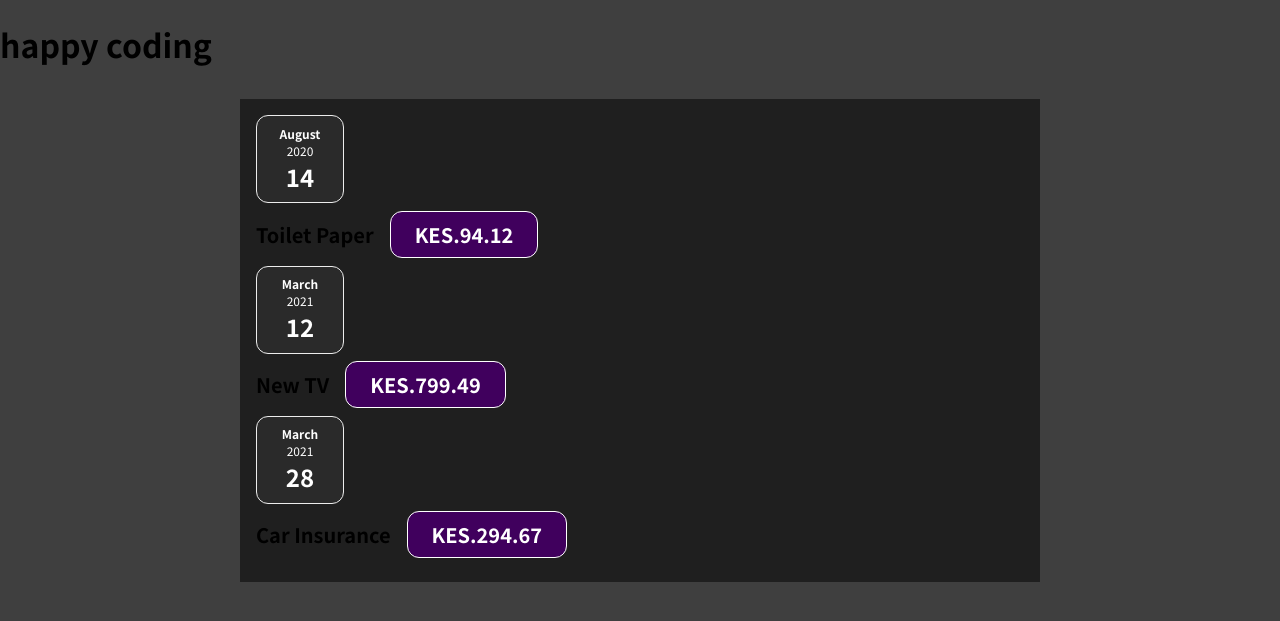
Repository: Samkiroko/expense-tracker-react
Page: /
An editor plug-in stored every save of this project. The page is shown before and after the next save, followed by the edit.
The browser window is 1280 px wide. The pictures show the whole page.
The project was rebuilt for these pictures with package versions that can differ from the ones it lists, and the page was loaded fresh each time. Also part of the build but not shown: src/components/Card.css.

Above is the page before, as saved 2021-06-08 13:26:59.

After the next save:
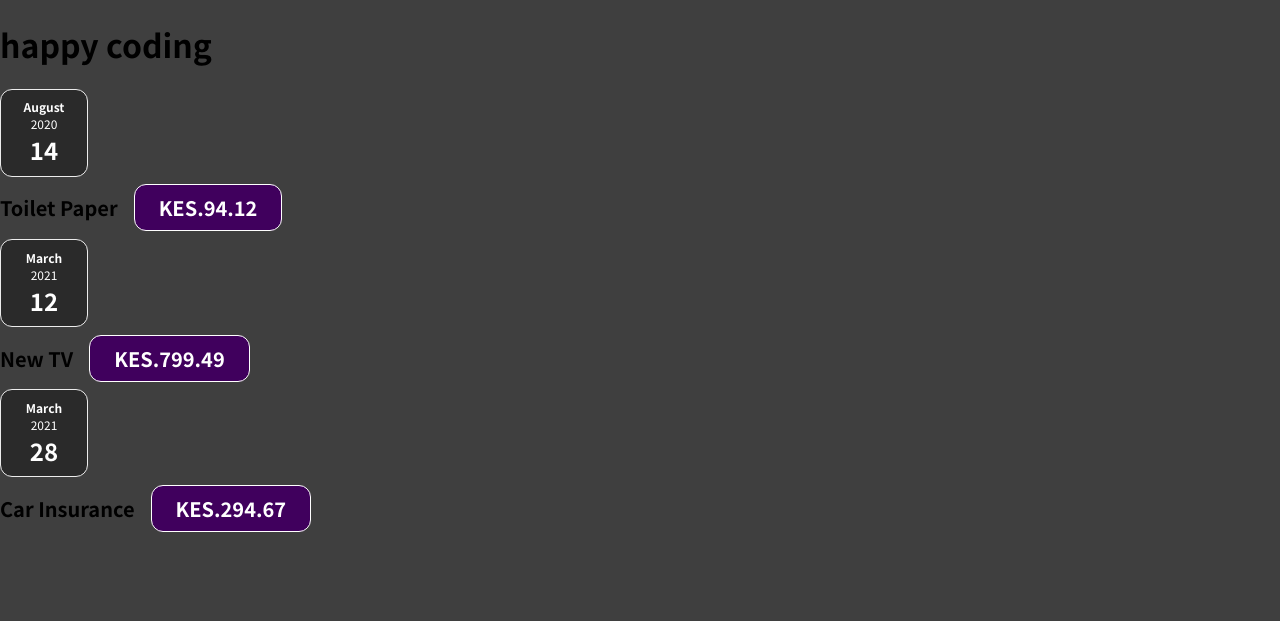
Saved 66 s later.
--- a/src/components/Expenses.js
+++ b/src/components/Expenses.js
@@ -1,14 +1,15 @@
 import React from 'react'
+import Card from './Card'
 import ExpenseItem from './ExpenseItem'
 import './Expenses.css'
 
 function Expenses(props) {
   return (
-    <div className='expenses'>
+    <Card className='expenses'>
       <ExpenseItem title={props.items[0].title} amount={props.items[0].amount} date={props.items[0].date} />
       <ExpenseItem title={props.items[1].title} amount={props.items[1].amount} date={props.items[1].date} />
       <ExpenseItem title={props.items[2].title} amount={props.items[2].amount} date={props.items[2].date} />
-    </div>
+    </Card>
   )
 }
 
